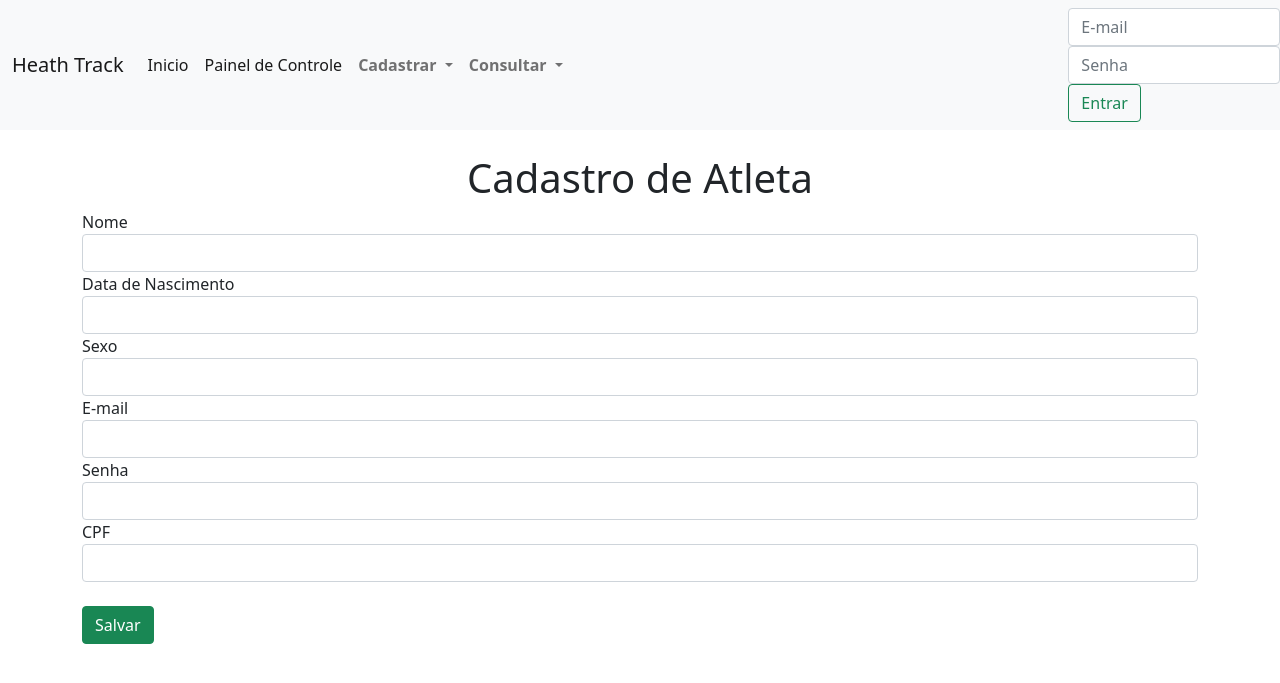
Repository: FellipySantos/HealthTrack_Finalizado
Page: http://localhost/JSPs/cadastro-atleta.jsp
These files come from the project's save history. The page is drawn as it stood at one moment and after the next save; the edit follows.
The browser window is 1280 px wide. The pictures show the whole page.
The page is served by Tomcat 9.

Above is the page before, as saved 2021-11-22 01:31:14.

After the next save:
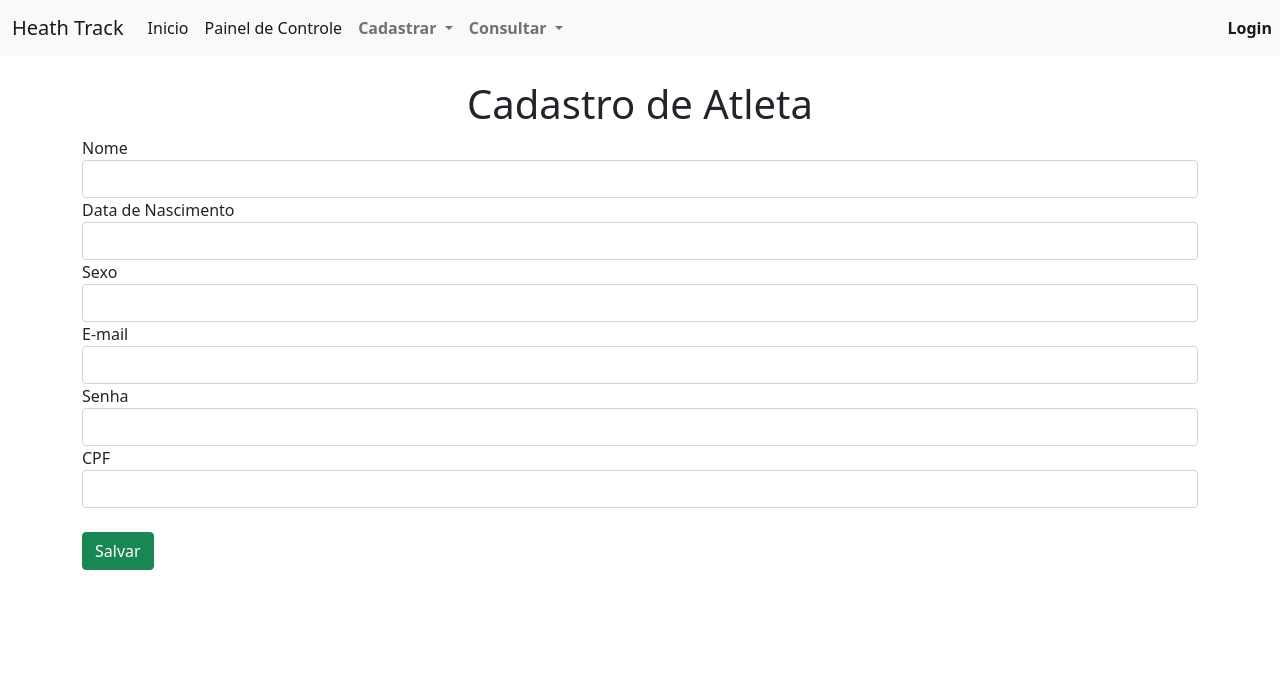
Saved 55 s later.
--- a/JSP/JSPs/WebContent/menu.jsp
+++ b/JSP/JSPs/WebContent/menu.jsp
@@ -51,14 +51,11 @@
           </div>
 
         </div>
-	    <span class="navbar-text text-danger" style="margin-right:10px" >
-	        ${erro }
-	  	</span>
-	    <form class="form-inline my-2 my-lg-0" action="login" method="post">
-	    	  <input class="form-control mr-sm-2" type="text" name="email" placeholder="E-mail">
-	      <input class="form-control mr-sm-2" type="password" name="senha" placeholder="Senha">
-	      <button class="btn btn-outline-success my-2 my-sm-0" type="submit">Entrar</button>
-	    </form>
+        <div class="collapse navbar-collapse" id="navbarSupportedContent">
+          <ul class="navbar-nav me-auto mb-2 mb-lg-0">
+            <li class="nav-item">
+              <b><a class="nav-link active" aria-current="page" href="#">Login</a></b>
+            </li>
             </ul>
             </div>
 
